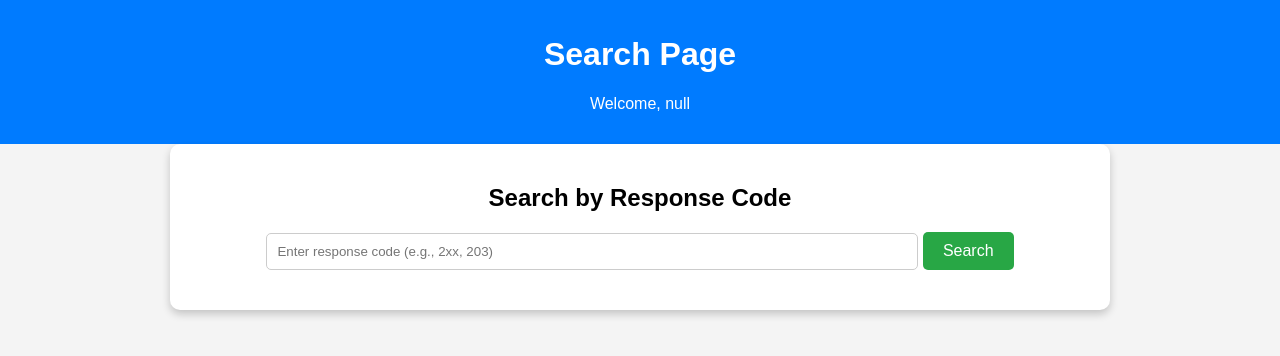
Repository: ramk06/Moengage-assesment
Page: http://localhost/task/search.jsp
These files come from the project's save history. The page is drawn as it stood at one moment and after the next save; the edit follows.
The browser window is 1280 px wide. The pictures show the whole page.
The page is served by Tomcat 9. Other server files are loaded and not shown.

Above is the page before, as saved 2024-11-22 05:24:58.

### task/src/main/webapp/search.jsp
<%@ page language="java" contentType="text/html; charset=UTF-8" pageEncoding="UTF-8"%>
<%@ page session="true" %>
<!DOCTYPE html>
<html lang="en">
<head>
    <meta charset="UTF-8">
    <meta name="viewport" content="width=device-width, initial-scale=1.0">
    <title>Search Page</title>
    <style>
        body {
            font-family: Arial, sans-serif;
            margin: 0;
            padding: 0;
            background-color: #f4f4f4;
        }
        .header {
            background-color: #007bff;
            color: white;
            padding: 15px;
            text-align: center;
        }
        .container {
            padding: 20px;
            margin: 0 auto;
            width: 80%;
            max-width: 900px;
            background: white;
            border-radius: 10px;
            box-shadow: 0 4px 8px rgba(0, 0, 0, 0.2);
        }
        h2 {
            text-align: center;
            margin-bottom: 20px;
        }
        .message {
            padding: 10px;
            background-color: #d4edda;
            color: #155724;
            border: 1px solid #c3e6cb;
            border-radius: 5px;
            margin-bottom: 20px;
            text-align: center;
        }
        .error-message {
            padding: 10px;
            background-color: #f8d7da;
            color: #721c24;
            border: 1px solid #f5c6cb;
            border-radius: 5px;
            margin-bottom: 20px;
            text-align: center;
        }
        .filter-form {
            margin-bottom: 20px;
            text-align: center;
        }
        .filter-form input {
            padding: 10px;
            width: 70%;
            border: 1px solid #ccc;
            border-radius: 5px;
        }
        .filter-form button {
            padding: 10px 20px;
            background-color: #28a745;
            color: white;
            border: none;
            border-radius: 5px;
            cursor: pointer;
            font-size: 16px;
        }
        .filter-form button:hover {
            background-color: #218838;
        }
        .logout {
            margin-top: 10px;
        }
        .logout a {
            text-decoration: none;
            color: #dc3545;
        }
        .logout a:hover {
            color: #bd2130;
        }
    </style>
    <script>
        // Validate search form
        function validateSearchForm() {
            const filterInput = document.querySelector('input[name="filter"]');
            if (!filterInput.value.trim()) {
                alert('Please enter a response code to search.');
                return false;
            }
            return true;
        }
    </script>
</head>
<body>
    <div class="header">
        <h1>Search Page</h1>
        <p>Welcome, <%= session.getAttribute("username") %></p>
        <% if (session.getAttribute("username") != null) { %>
            <p class="logout"><a href="logout">Logout</a></p>
        <% } %>
    </div>
    <div class="container">
        <!-- Success/Error Messages -->
        <% if (request.getParameter("success") != null) { %>
            <div class="message">Item added successfully to the list!</div>
        <% } else if (request.getParameter("error") != null) { %>
            <div class="error-message">An error occurred. Please try again.</div>
        <% } %>

        <h2>Search by Response Code</h2>
        <form class="filter-form" action="search" method="get" onsubmit="return validateSearchForm();">
            <input type="text" name="filter" placeholder="Enter response code (e.g., 2xx, 203)">
            <button type="submit">Search</button>
        </form>
    </div>
</body>
</html>

After the next save:
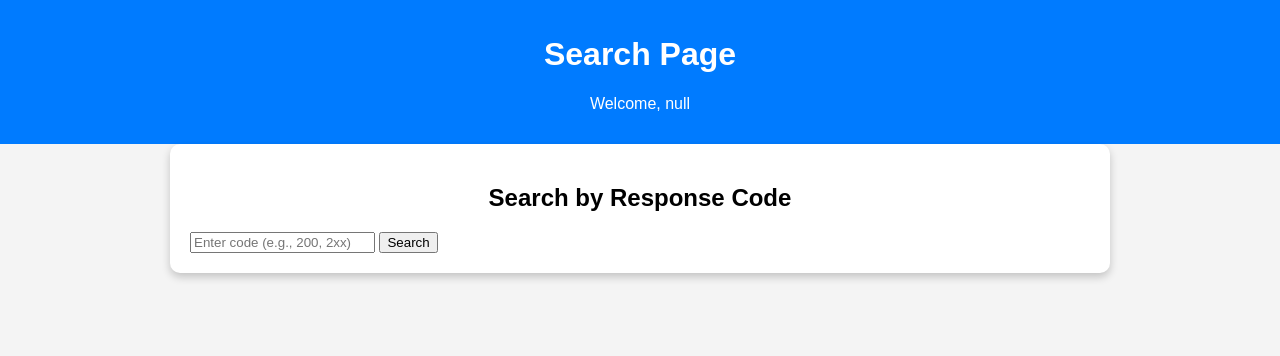
Saved 7 min 59 s later.
--- a/task/src/main/webapp/search.jsp
+++ b/task/src/main/webapp/search.jsp
@@ -104,18 +104,16 @@
         <% } %>
     </div>
     <div class="container">
-        <!-- Success/Error Messages -->
-        <% if (request.getParameter("success") != null) { %>
-            <div class="message">Item added successfully to the list!</div>
-        <% } else if (request.getParameter("error") != null) { %>
-            <div class="error-message">An error occurred. Please try again.</div>
-        <% } %>
-
-        <h2>Search by Response Code</h2>
-        <form class="filter-form" action="search" method="get" onsubmit="return validateSearchForm();">
-            <input type="text" name="filter" placeholder="Enter response code (e.g., 2xx, 203)">
-            <button type="submit">Search</button>
-        </form>
-    </div>
+		<% if (request.getParameter("success") != null) { %>
+			<div class="message">Item added successfully!</div>
+		<% } else if (request.getParameter("error") != null) { %>
+			<div class="error-message">An error occurred. Try again.</div>
+		<% } %>
+		<h2>Search by Response Code</h2>
+		<form action="search" method="get" onsubmit="return validateSearchForm();">
+			<input type="text" name="filter" placeholder="Enter code (e.g., 200, 2xx)" required>
+			<button type="submit">Search</button>
+		</form>
+	</div>
 </body>
 </html>
